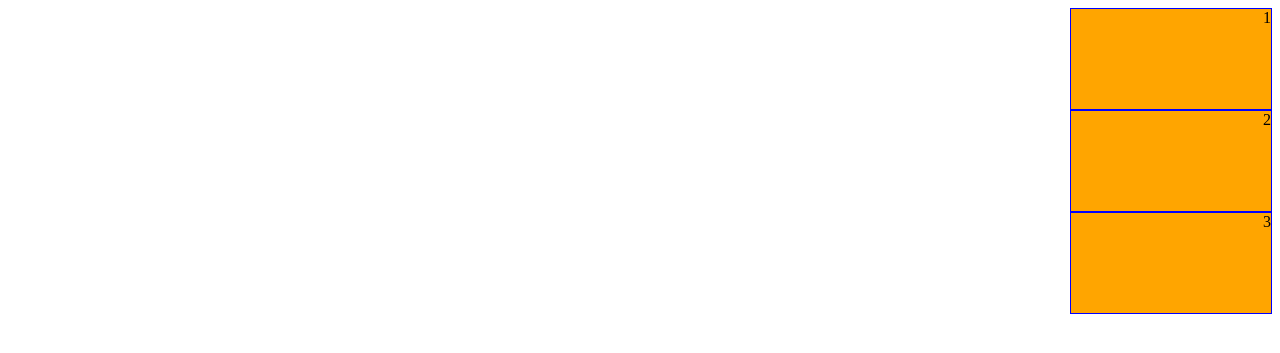
Repository: ddochiisrich/Ddochi-Web
Page: http://localhost/JSPClassCh06/flex_layout01.jsp
The author's editor kept a copy of each file at every save. The page is drawn from the files as they stood at one save, then again after the next save.
The browser window is 1280 px wide. The pictures show the whole page.
The page is served by Tomcat 9.

Above is the page before, as saved 2024-04-09 01:34:36.

After the next save:
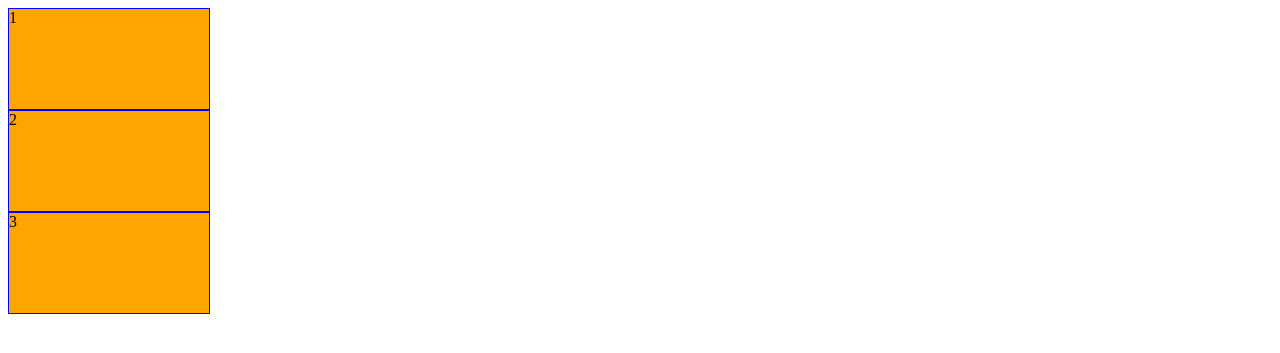
Saved 26 s later.
--- a/JSPClassCh06/src/main/webapp/flex_layout01.jsp
+++ b/JSPClassCh06/src/main/webapp/flex_layout01.jsp
@@ -9,7 +9,7 @@
 <style>
 	#box{
 		display:flex;
-		direction: rtl;
+
 		flex-direction: column;
 	}
 	.item{
